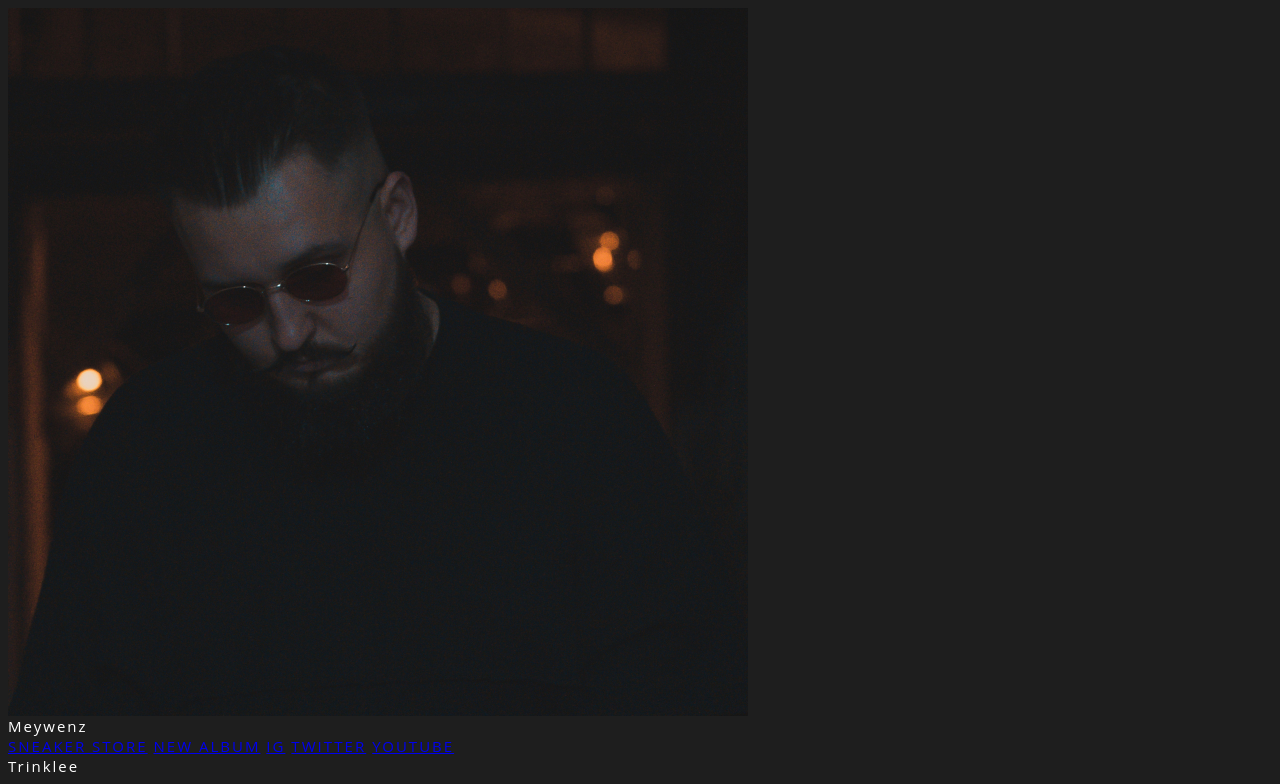
Repository: meywenz/mysite
Page: index.html
An editor plug-in stored every save of this project. The page is shown before and after the next save, followed by the edit.
The browser window is 1280 px wide. The pictures show the whole page.

Above is the page before, as saved 2021-04-08 17:00:35.

### index.html
<html lang="en">
<head>
<meta charset="UTF-8">
<meta name="viewport" content="width=device-width, initial-scale=1.0">
<link rel="stylesheet" href="styles.css">
<style>
    @import url('https://fonts.googleapis.com/css2?family=Roboto&display=swap');
    </style>
<title>Meywenz</title>
</head>
<body>
<!-- Profile picture-->
<img src="assets/image.jpg" alt="profile picture" class="profile-picture">
<!-- Profile name-->
<div class="profile-name">Meywenz</div>
<!-- Links-->
<a href="#" class="links">SNEAKER STORE</a>
<a href="#" class="links">NEW ALBUM</a>
<a href="#" class="links">IG</a>
<a href="#" class="links">TWITTER</a>
<a href="#" class="links">YOUTUBE</a>
<!-- Logo -->
<div class="bottom-text">Trinklee</div>
</body>
</html>

### styles.css
body {
  background-color: rgb(30, 30, 30);
  color: #fff;
  font-family: "Open Sans", sans-serif;
  font-size: 15px;
  letter-spacing: 2px;
}

After the next save:
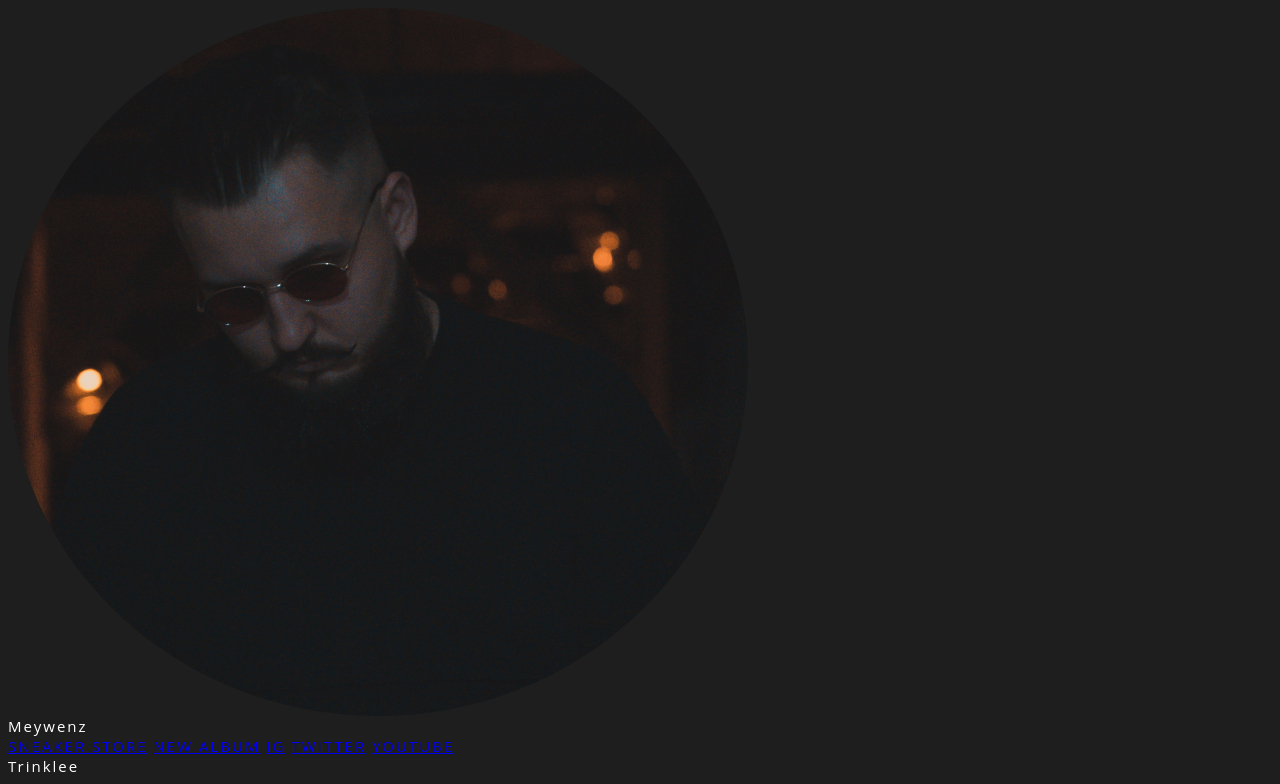
Saved 27 s later.
--- a/styles.css
+++ b/styles.css
@@ -5,3 +5,7 @@
   font-size: 15px;
   letter-spacing: 2px;
 }
+
+img {
+  border-radius: 50%;
+}
